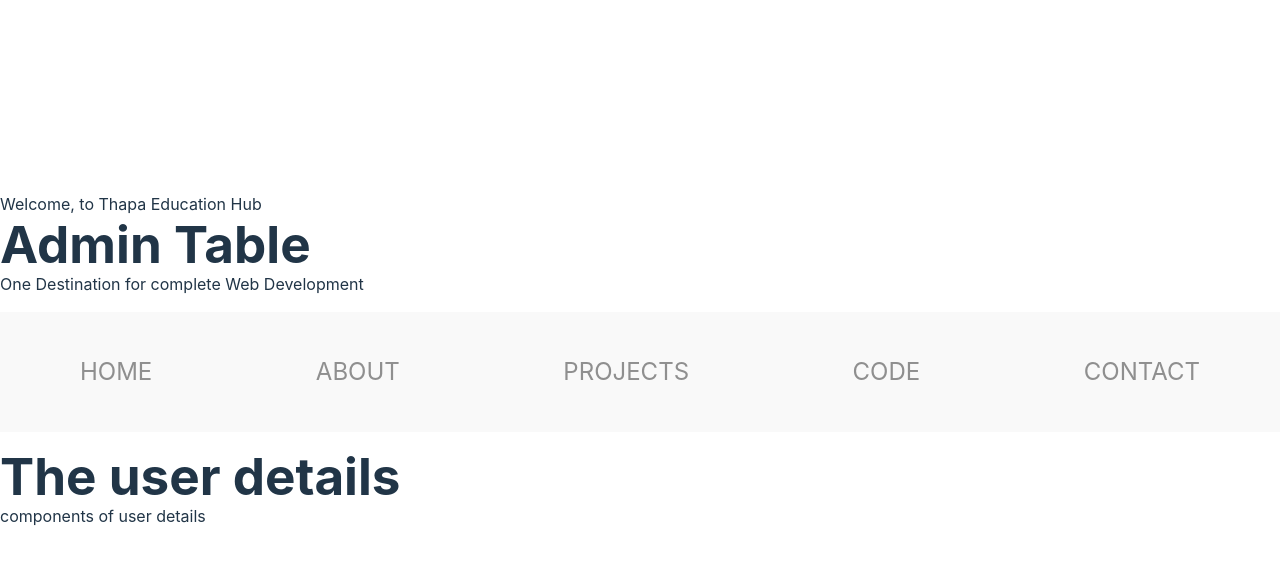
Repository: suraj-yadav7/employeeData-redux
Page: /
An editor plug-in stored every save of this project. The page is shown before and after the next save, followed by the edit.
The browser window is 1280 px wide. The pictures show the whole page.
The project was rebuilt for these pictures with package versions that can differ from the ones it lists, and the page was loaded fresh each time. Also part of the build but not shown: vite.config.js.

Above is the page before, as saved 2023-05-10 11:52:06.

### src/App.jsx
import { useState } from 'react'
import './App.css'
import Navbar from './components/Navbar'
import UserDetails from './components/UserDetails'

function App() {
  const [count, setCount] = useState(0)

  return (
    <>
      <Navbar />
      <UserDetails/>
    </>
  )
}

export default App

### src/App.css
*{
  padding: 0;
  margin: 0;
  box-sizing: border-box;
  list-style: none;
}

/* Navbar Style */
nav {
  width: 100vw;
  margin: 1rem 0;
  background: #f9f9f9;
  padding: 1rem 0;
}
nav .menuItems {
  list-style: none;
  display: flex;
  flex-wrap: wrap;
  justify-content: space-between;
}
nav .menuItems li {
  margin: 1.6rem 5rem;
}
nav .menuItems li a {
  text-decoration: none;
  color: #8f8f8f;
  font-size: 24px;
  font-weight: 400;
  transition: all 0.5s ease-in-out;
  position: relative;
  text-transform: uppercase;
}
nav .menuItems li a::before {
  content: attr(data-item);
  transition: 0.5s;
  color: #8254ff;
  position: absolute;
  top: 0;
  bottom: 0;
  left: 0;
  right: 0;
  width: 0;
  overflow: hidden;
}
nav .menuItems li a:hover::before {
  width: 100%;
  transition: all 0.5s ease-in-out;
}

@media screen and (max-width: 998px) {
  nav .menuItems li {
    margin: 0.6rem 5rem;
  }
}

### src/components/Navbar.jsx
import React from "react";


const Navbar = () => {
  return (
    <>
      <div>Welcome, to Thapa Education Hub</div>
      <h1>Admin Table</h1>

      <section>
        <div>One Destination for complete Web Development</div>
        <nav>
          <ul className="menuItems">
            <li>
              <a href="/" data-item="Home">
                Home
              </a>
            </li>
            <li>
              <a href="/" data-item="About">
                About
              </a>
            </li>
            <li>
              <a href="/" data-item="Projects">
                Projects
              </a>
            </li>
            <li>
              <a href="/" data-item="Code">
                Code
              </a>
            </li>
            <li>
              <a href="/" data-item="Contact">
                Contact
              </a>
            </li>
          </ul>
        </nav>
      </section>
    </>
  );
};


export default Navbar;

### src/components/UserDetails.jsx
import React from 'react';

const UserDetails = () => {
  return (
    <>
        <div className='userDetails'>
        <h1>The user details</h1>
        components of user details
        </div>
    </>
  )
};

export default UserDetails;

Loaded but not shown: index.html (common file); src/main.jsx (common file); src/index.css (common file)

After the next save:
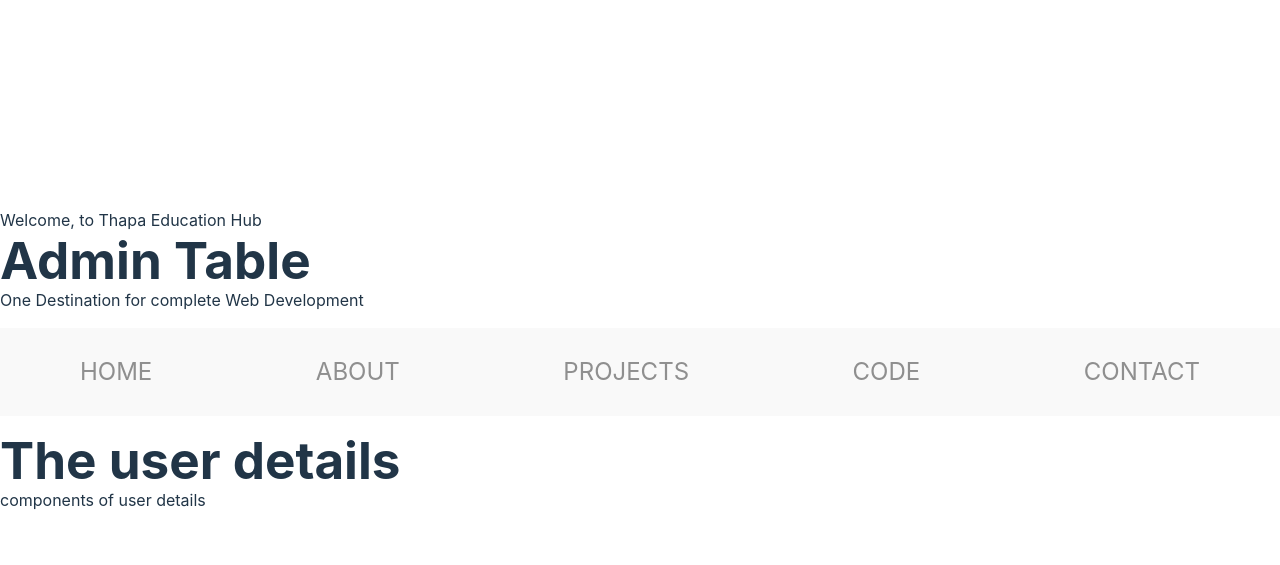
Saved 10 s later.
--- a/src/App.css
+++ b/src/App.css
@@ -10,7 +10,6 @@
   width: 100vw;
   margin: 1rem 0;
   background: #f9f9f9;
-  padding: 1rem 0;
 }
 nav .menuItems {
   list-style: none;
